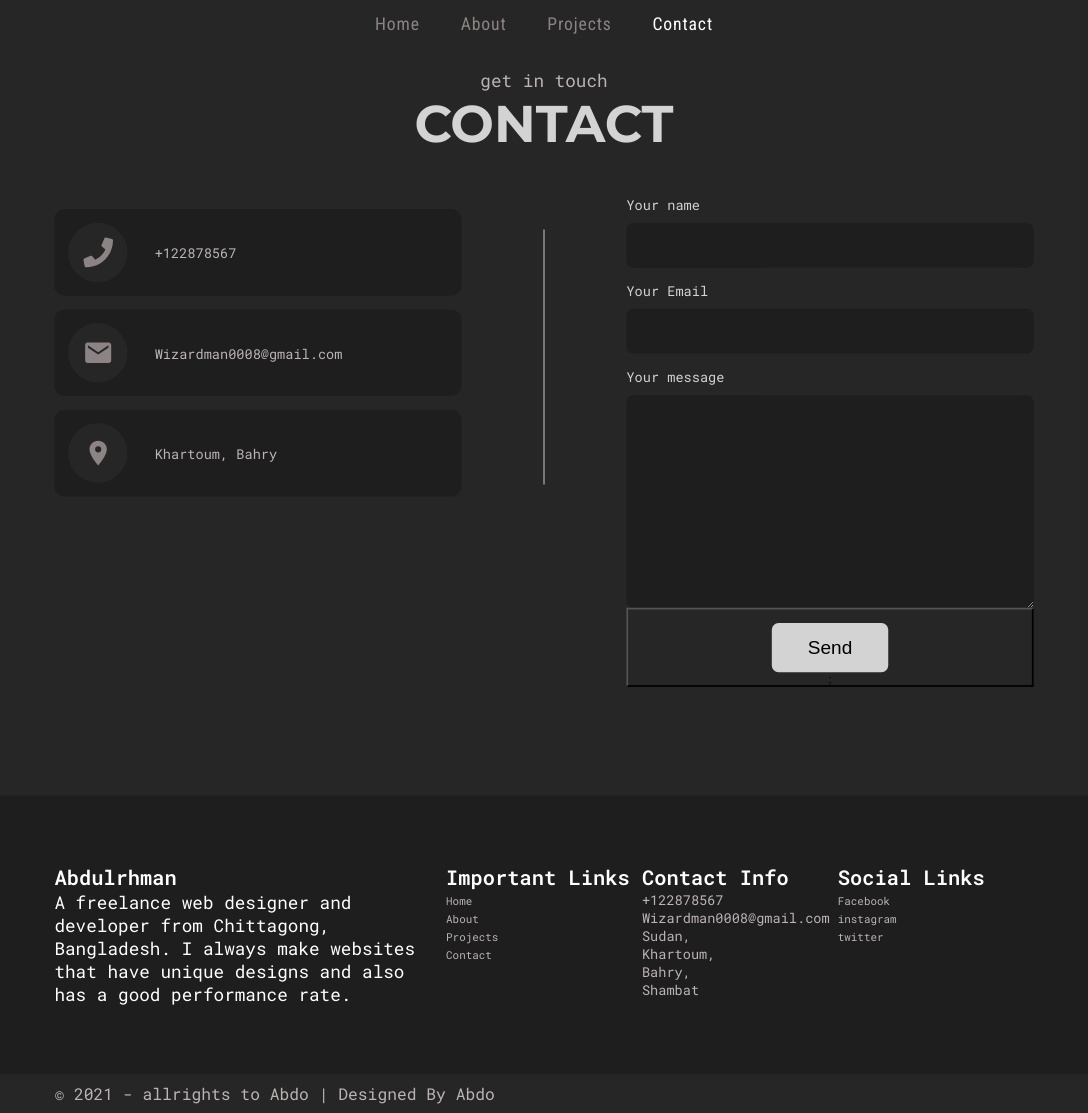
Repository: Abdoulrhman-altyeb/React-Typescript
Page: /contact
An editor plug-in stored every save of this project. The page is shown before and after the next save, followed by the edit.
The browser window is 1280 px wide. The pictures show the whole page, at 85% of full size.
The project was rebuilt for these pictures with package versions that can differ from the ones it lists, and the page was loaded fresh each time. Also part of the build but not shown: src/components/ContactButton.tsx, src/components/HeroSection.tsx, src/components/AboutSection.tsx, src/assits/data/Services.ts, src/components/ServiceItems.tsx, src/components/ServicesSection.tsx, src/components/ProjectsSection.tsx, src/Pages/Home.tsx and 2 more.

Above is the page before, as saved 2021-05-20 18:03:44.

After the next save:
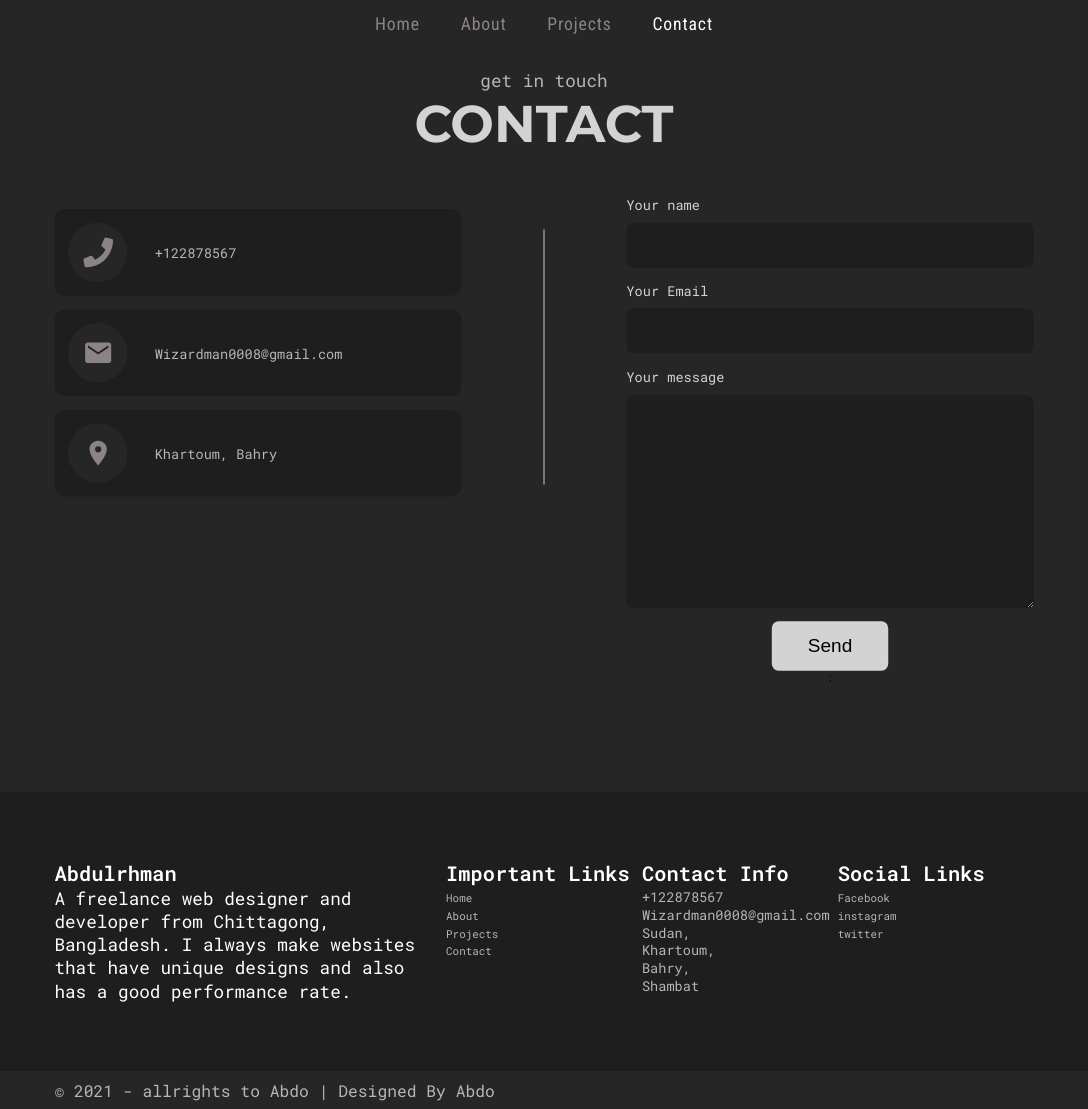
Saved 8 s later.
--- a/src/components/ContactSecion.tsx
+++ b/src/components/ContactSecion.tsx
@@ -132,6 +132,8 @@ const StyledDiv = styled.div`
     }
     .btn{
         background:transparent;
+        outline:none;
+        border:none
     }
 `;
 
